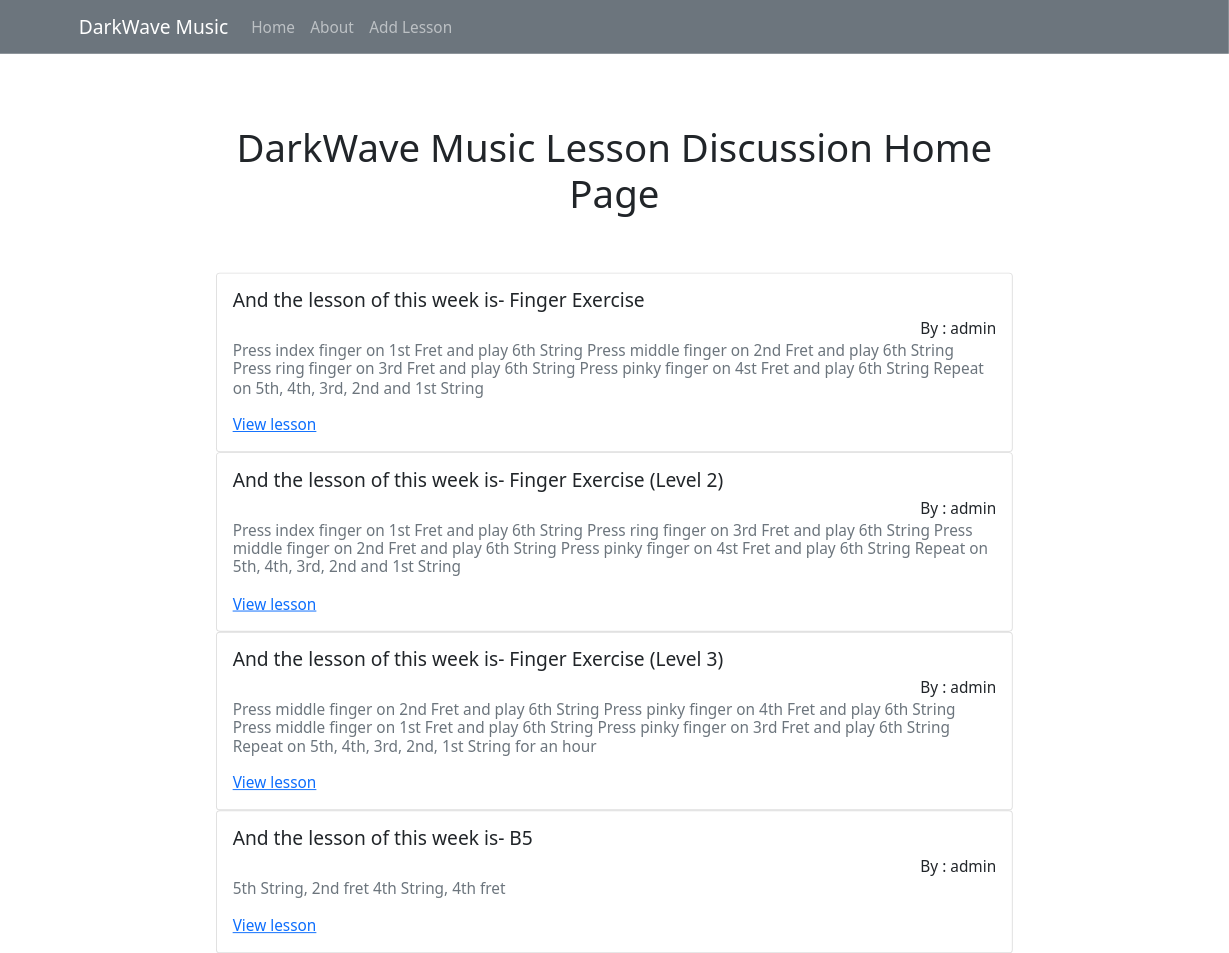
Repository: lordjdsama/NewDevopps
Page: http://localhost/
The author's editor kept a record of every edit. The page is drawn from the files as they stood at one moment, then again after the next edit.
The browser window is 1280 px wide. The pictures show the whole page, at 96% of full size.
The page is served by the project's application, run on Django 2.2 (manage.py). The page reads the database file committed with the project.

Above is the page before.

After the next edit:
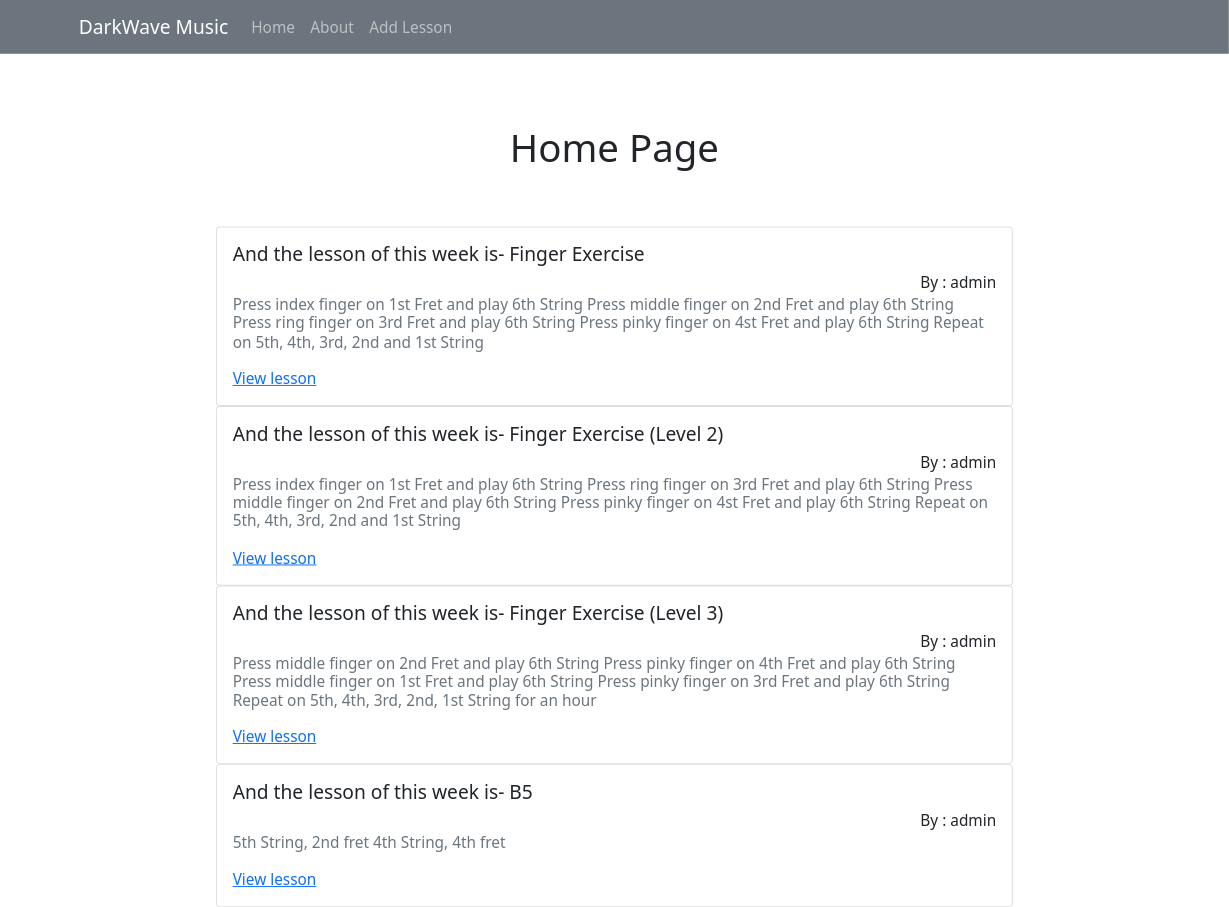
The edit:
--- a/lessons/templates/lessons/home.html
+++ b/lessons/templates/lessons/home.html
@@ -2,7 +2,7 @@
 
 {% block content %}
 <div class="home">
-<h1>DarkWave Music Lesson Discussion Home Page</h1>
+<h1>Home Page</h1>
 </div>
 
 {% for lesson in lessons %}
